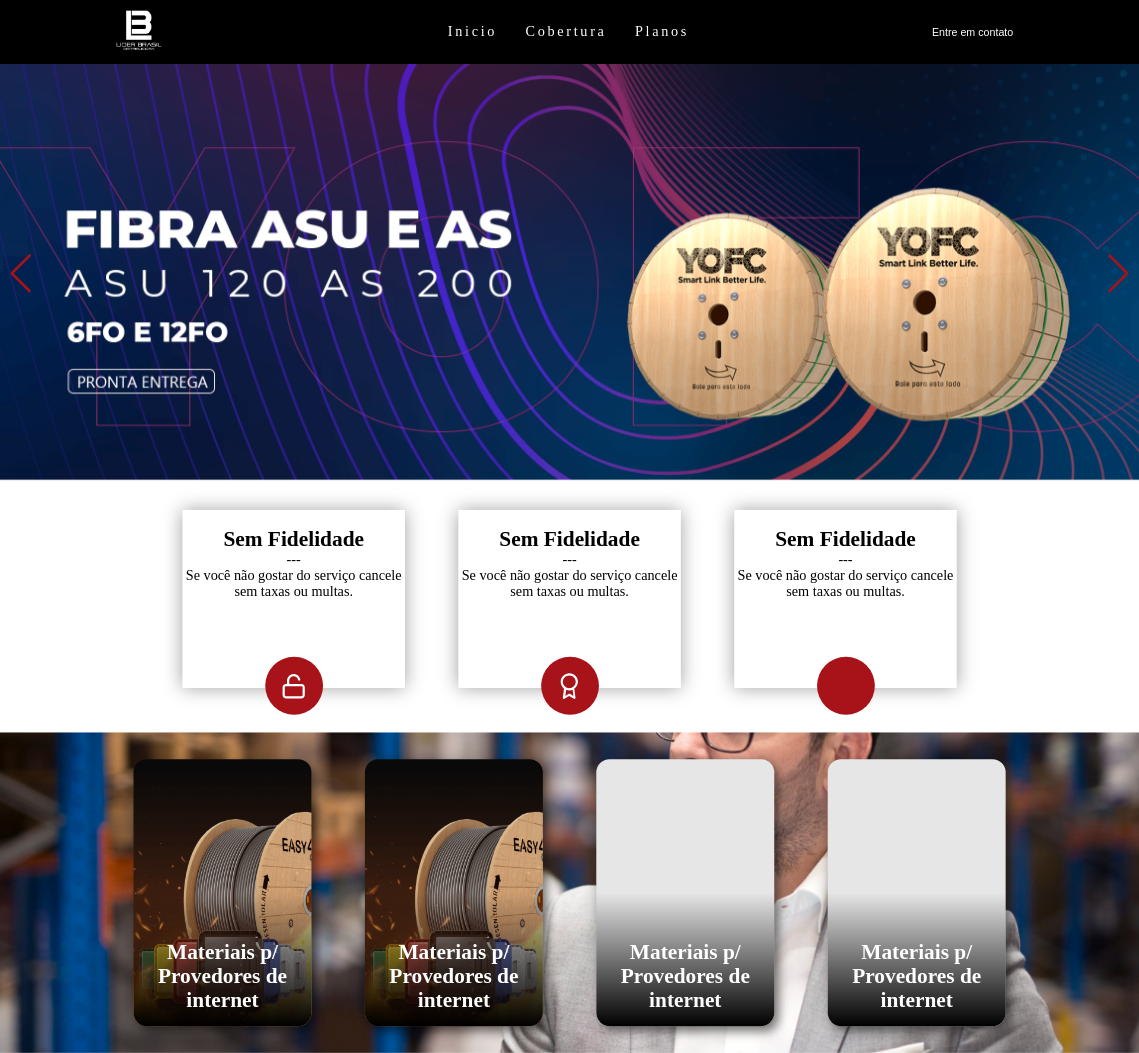
Repository: mateus-henrique-silva/Novo_institucional_lider
Page: index.html
The author's editor kept a copy of each file at every save. The page is drawn from the files as they stood at one save, then again after the next save.
The browser window is 1280 px wide. The pictures show the whole page, at 89% of full size.
Backgrounds fixed to the window are drawn as part of the page. Some web fonts or font styles are not loaded; a fallback is used.

Above is the page before, as saved 2022-09-06 10:34:47.
Console error: SyntaxError: Identifier 'MobileNavbar' has already been declared

### index.html
<!DOCTYPE html>
<html lang="en">
  <head>
    <meta charset="UTF-8" />
    <meta http-equiv="X-UA-Compatible" content="IE=edge" />
    <meta name="viewport" content="width=device-width, initial-scale=1.0" />
    <meta
      name="viewport"
      content="width=device-width, user-scalable=yes, initial-scale=1.0, maximum-scale=10, minimum-scale=1.0"
    />
    <link rel="stylesheet" href="./src/CSS/Global.css" />
    <link rel="stylesheet" href="./src/CSS/Header/style.css" />
    <link rel="stylesheet" href="./src/CSS/Main/style.css" />
    <link rel="stylesheet" href="./src/CSS/Main/Carousel/styles.css" />
    <link rel="stylesheet" href="./src/CSS/Main/Box/style.css" />
    <link rel="stylesheet" href="./src/CSS/Main/Products/style.css" />
    <link
      rel="stylesheet"
      href="https://unpkg.com/swiper@8/swiper-bundle.min.css"
    />

    <title>Líder Brasil</title>
  </head>
  <body>
    <header>
      <nav>
        <a class="logo"
          ><img src="./src/Assets/Logo/lb.png" width="50" alt=""
        /></a>
        <div class="mobile-menu">
          <div class="line1"></div>
          <div class="line2"></div>
          <div class="line3"></div>
        </div>
        <ul class="nav-list">
          <li><a href="#network index.html">Inicio</a></li>
          <li><a href="#map-container">Cobertura</a></li>
          <li><a href="#container">Planos</a></li>
        </ul>
        <ul>
          <li style="list-style: none; font-size: 10px">
            <a
              href="#"
              style="
                font-size: 12px;
                padding: 10px;
                font-family: arial;
                color: white;
              "
              onclick="openForm()"
              class="contact-header"
              >Entre em contato</a
            >
          </li>
        </ul>
      </nav>
    </header>
    <main>
      <section>
        <div class="swiper">
          <div class="swiper-wrapper">
            <div class="swiper-slide">
              <div class="project-img">
                <img
                  src="./src/Assets/img/carrossel/desktop/drop-desktop.png"
                  alt="Foto 01"
                />
              </div>
              <div class="project-img" id="mobile-img">
                <img
                  src="./src/Assets/img/carrossel/mobile/drop-mobile.png"
                  alt="Foto 03"
                />
              </div>
            </div>
            <div class="swiper-slide">
              <div class="project-img">
                <img
                  src="./src/Assets/img/carrossel/desktop/escada-desktop.png"
                  alt="Foto 01"
                />
              </div>
              <div class="project-img" id="mobile-img">
                <img
                  src="./src/Assets/img/carrossel/mobile/escada-mobile.png"
                  alt="Foto 03"
                />
              </div>
            </div>
            <div class="swiper-slide">
              <div class="project-img">
                <img src="./src/Assets/img/teste6.png" alt="Foto 01" />
              </div>
              <div class="project-img" id="mobile-img">
                <img src="./src/Assets/img/foto_03.png" alt="Foto 03" />
              </div>
            </div>
          </div>
          <div class="swiper-button-next"></div>
          <div class="swiper-button-prev"></div>
          <div class="swiper-pagination"></div>
        </div>
      </section>
      <section>
        <div class="section-box">
          <!-- card 1 -->

          <ul>
            <li class="box">
              <div class="box-inter">
                <h1>Sem Fidelidade</h1>
                <p>---</p>

                <p>
                  Se você não gostar do serviço cancele sem taxas ou multas.
                </p>
              </div>

              <div class="obj">
                <img
                  src="./src/Assets/img/icons/unlock.svg"
                  alt="arrowup"
                  srcset=""
                />
              </div>
            </li>
            <!-- card 2 -->
            <li class="box">
              <div class="box-inter">
                <h1>Sem Fidelidade</h1>
                <p>---</p>

                <p>
                  Se você não gostar do serviço cancele sem taxas ou multas.
                </p>
              </div>

              <div class="obj">
                <img
                  src="./src/Assets/img/icons/award.svg"
                  alt="arrowup"
                  srcset=""
                />
              </div>
            </li>
            <!-- card 3 -->
            <li class="box">
              <div class="box-inter">
                <h1>Sem Fidelidade</h1>
                <p>---</p>

                <p>
                  Se você não gostar do serviço cancele sem taxas ou multas.
                </p>
              </div>

              <div class="obj">
                <img
                  src="./src/Assets/img/icons/chevrons-up.svg"
                  alt="arrowup"
                  srcset=""
                />
              </div>
            </li>
          </ul>
        </div>
      </section>

      <section>
        <div class="background">
          <img
            class="img"
            src="./src/Assets/img/icons/aBlack.svg"
            alt=""
            srcset=""
          />

          <ul>
            <li>

              <div class="products" id="products-one">
                <div class="back-radient">
                <button>text</button>
                <div>
                  <h2>Materiais p/ Provedores de internet</h2>
                </div>

              </div>
            </div>
            </li>

            <li>

              <div class="products" id="products-two">
                <div class="back-radient">
                <button>text</button>
                <div>
                  <h2>Materiais p/ Provedores de internet</h2>
                </div>

              </div>
            </div>
            </li>

              <li>

              <div class="products" id="products-three">
                <div class="back-radient">
                <button>text</button>
                <div>
                  <h2>Materiais p/ Provedores de internet</h2>
                </div>

              </div>
            </div>
            </li>
              <li>

              <div class="products" id="products-four">
                <div class="back-radient">
                <button>text</button>
                <div>
                  <h2>Materiais p/ Provedores de internet</h2>
                </div>

              </div>
            </div>
            </li>
          </ul>
        </div>
      </section>
    </main>
    <footer></footer>
    <script src="https://unpkg.com/swiper@8/swiper-bundle.min.js"></script>
    <script src="./src/Scripts/Carousel/scripts.js"></script>
    <script src="./src/Scripts/Mobile/scripts.js"></script>
    <script src="./src/Scripts/Global.js"></script>
  </body>
</html>

### src/CSS/Global.css
@import url("https://fonts.googleapis.com/css2?family=Montserrat:ital,wght@0,100;0,200;0,300;0,400;0,500;0,600;0,700;0,800;0,900;1,100;1,200;1,300;1,400;1,500;1,600;1,700;1,800;1,900&family=Source+Serif+Pro:ital,wght@0,200;0,300;0,400;0,600;0,700;0,900;1,200;1,300;1,400;1,600;1,700;1,900&display=swap");

* {
  font-family: 'Source Serif Pro', serif;
  margin: 0;
  padding: 0;
  border: 0;

}


body{

}

### src/CSS/Header/style.css
header {
  width: 100%;
  background-color: black;
  margin-top: 0;
}
a {
  color: black;
  text-decoration: none;
  transition: 0.3s;
}

a:hover {
  opacity: 0.7;
}

.logo {
  align-items: center;
  width: 6%;

  text-transform: uppercase;
  letter-spacing: 4px;
}

.logo h1 {
  font-size: 12px;
}

nav {
  display: flex;
  z-index: 1;

  width: 100%;
  margin-top: 0;

  justify-content: space-around;
  align-items: center;
  background-color: black;
  height: 10vh;
}

.nav-list {
  text-align: center;
  justify-content: center;
  list-style: none;
  display: flex;
  z-index: 1;
}

.nav-list li {
  letter-spacing: 3px;
  margin-left: 32px;
}
.nav-list li a {
  color: white;
}
.nav-list li a:hover {
  color: #ff073b;
}

.mobile-menu {
  display: none;
  margin-left: 80px;
  cursor: pointer;
}

.mobile-menu div {
  transition: 0.3s;

  width: 32px;
  height: 2px;
  background: white;
  margin: 8px;
}

@media (max-width: 950px) {
  body {
    overflow-x: hidden;
  }

  .nav-list {
    position: absolute;
    top: 7vh;
    right: 0;
    width: 100vw;
    height: 100vh;
    background-color: white;
    flex-direction: column;
    color: white;
    /* align-items: center; */
    display: none;
    justify-content:flex-start;
    transition: 0.4s ease-in;
    /* justify-content: space-around; */
    transform: translateX(100%);
  }

  .nav-list li {
    margin-top:100px;
    margin-left: 0;
    opacity: 0;
  }

  .mobile-menu {
    display: block;
  }
  .contact-header {
    display: none;
  }

  .logo {
    margin-left:10px;
    width: 60%;
  }
}

.nav-list.active {
  transition: 0.3s;
  overflow-y: hidden;
  position: fixed;
  z-index: 10000;
  background-color: black;
  transform: translateX(0);
  display: flex;
}

.nav-list.active li {
  color: white!important;
  font-weight:bold;
}

.nav-list.active li {
  color: white;
}

@keyframes navLinkFade {
  from {
    opacity: 0;
    transform: translateX(50px);
  }

  to {
    opacity: 1;
    transform: translateX(0);
  }
}

.mobile-menu.active .line1 {
  transform: rotate(-45deg) translate(-8px, 8px);
}

.mobile-menu.active .line2 {
  opacity: 0;
}

.mobile-menu.active .line3 {
  transform: rotate(45deg) translate(-5px, -7px);
}

### src/CSS/Main/style.css
main{
    width: 100%;
    height: 100%;

    max-width: 100vw;
}


section{

    width: 100%;
    max-width: 100vw;
    height: 100%;
}


ul li {
    list-style: none;
}

### src/CSS/Main/Carousel/styles.css
.swiper {
    height: 100%!important;

  }

  .swiper-slide {
    text-align: center;
    display: flex;
    height: 100%!important;
    align-items: center;
    justify-content: center;
  }

  @media (max-width: 450px) {
    .swiper {
      height: 270px;
    }

    .project-img img{
      width: 100%;
      height: 100%!important;
    }
  }

  .project-img img{
    width: 100%;
    /* height: 80vh; */
  }



  .swiper-pagination-bullet{
    color: white !important;
    /* margin-top:-10px!important; */
    background-color:white !important;
  }

  /*
    largura => 3840
    Altura => 420

  */


  .swiper-button-next:after, .swiper-button-prev:after{
    color:#a71319 !important;
  }

  #mobile-img{
    display: none;
  }


  @media(max-width:999px){
    #mobile-img{
      display: block!important;
    }


    .project-img{
      display:none;
    }
  }


.menu{
  display:flex;
  flex-direction:column;
}

### src/CSS/Main/Box/style.css
.section-box {
  width: 100%;

  justify-content: center;
  align-items: center;
  display: flex;
}

.box {
  display: flex;
  flex-direction: column;
  /* justify-content: center; */

  justify-content: flex-end;
  align-items: center;
  height: 100%;
  margin: 30px;
  margin-bottom: 20px;
  /* width: 100%; */
  /* background-color: red; */
}

@media (max-width: 770px) {
  .section-box {
    width: 100%;
    justify-content: space-around;
    flex-direction: column;
    display: flex;
  }

  .box-inter {
    background-color: white;
    height: 100px;
    width: 200px;
    /* width: 100%; */
  }
}

@media (max-width: 480px) {
  .box-inter {
    height: 170px !important;
    width: 170px !important;
    /* width: 100%; */
  }

  .obj {
    height: 45px !important;

    margin-top: -35px;
    width: 45px !important;
  }

  .obj img {
    width: 20px !important;
  }
}

.box-inter {
  background-color: white;
  height: 200px;
  width: 250px;
  -webkit-box-shadow: 0px 0px 20px 0px rgba(0, 0, 0, 0.37);
  box-shadow: 0px 0px 20px 0px rgba(0, 0, 0, 0.37);
  display: flex;

  flex-direction: column;
  align-items: center;
  text-align: center;

  /* width: 100%; */
}

.box-inter h1 {
  margin-top: 20px;
  font-size: clamp(1em, 1em + 1vw, 1.5em);
}

.box p {
  font-size: clamp(1em, 1em + 0.5vw, 0.5em);
}
.obj {
  background-color: #a71319;
  height: 65px;

  border-radius: 50%;
  display: flex;
  align-items: center;
  justify-content: center;
  margin-top: -35px;
  width: 65px;
}

.obj img {
  width: 30px;
}

.section-box ul {
  display: flex;
  overflow-x: auto;
  width: 100%;
  justify-content: center;
  scroll-behavior: smooth;
}

.section-box .img-arrow {
  display: none;
}

@media (max-width: 600px) {
  .section-box .img-arrow {
    display: flex;
    justify-content: flex-end;

    animation: mymove 0.8s infinite;
  }
  .section-box ul {
    display: flex;
    overflow-x: auto;
    width: 100%;
    justify-content: flex-start;
    scroll-behavior: smooth;
  }
  @keyframes mymove {
    from {
      left: 280px;
    }
    to {
      left: 300px;
    }
  }
}

### src/CSS/Main/Products/style.css
.background {
  width: 100%;
  background: url("../../../Assets/img/Background/medio.jpg") no-repeat center
    fixed;
  height: 100%;
  display: flex;
  justify-content: space-around;
  justify-content: center;
  align-items: center;
}
.background ul {
  display: flex;
  overflow-x: auto;
  overflow-y: hidden;
  scroll-behavior: smooth;
  /* width: 100px; */
}
.background img {
  display: none;
}

.background ul li .products .img {
  display: flex;
}

.products {
  margin: 30px;

    border-radius:15px;



  height: 300px;
  width: 200px;
  -webkit-box-shadow: 0px 0px 20px 0px rgba(0, 0, 0, 0.2) !important;
  box-shadow: 0px 0px 20px 0px rgba(0, 0, 0, 0.2) !important;
  background-color: white;
  display: flex;
  text-align: center;
  flex-direction: column;
  align-items: center;
  box-sizing: border-box;
  transition: 0.5s;
}

.products div h2 {
  margin-bottom: 15px;
   color:white;
  transition:2s;
}
.products:hover .back-radient {
  align-items: center;
  justify-content: center;
  transition:2s;
}
.products:hover div h2 {

  display: none;
}
@media (max-width: 600px) {
  .background .img {
    position: absolute;
    margin-top: 170px;
    display: flex;
    justify-content: flex-end;
    animation: mymove 0.8s infinite;
  }

  @keyframes mymove {
    from {
      left: 280px;
    }
    to {
      left: 300px;
    }
  }
}

.products button {
  background-color: black;
  display: none;
  color: white;
  cursor: pointer;
  transition: 0.7s;
  padding: 8px 25px 8px;
}

button:hover {
  text-decoration: underline;
}

.products:hover button {
  background-color: black;
  display: flex;

  color: white;
  cursor: pointer;
  padding: 8px 25px 8px;
}
.back-radient{
  width: 100%;
height: 100%;

transition: 0.7s;
display: flex;
align-items: flex-end;
background: linear-gradient(180deg, rgba(0, 0, 0, 0.0962963) 50%, #000000 100%);
box-shadow: 5px 6px 11px rgba(0, 0, 0, 0.45);
border-radius: 15px;
}

#products-one{
  background: url("../../../Assets/img/Background/products/db.png")
  no-repeat center!important;
  background-size: 100%!important;
}

#products-two{
  background: url("../../../Assets/img/Background/products/db.png")
  no-repeat center!important;
  background-size: 100%!important;
}


#products-one{
  background: url("../../../Assets/img/Background/products/db.png")
  no-repeat center!important;
  background-size: 100%!important;
}

#products-one{
  background: url("../../../Assets/img/Background/products/db.png")
  no-repeat center!important;
  background-size: 100%!important;
}

### src/Scripts/Mobile/scripts.js
class MobileNavbar{


    constructor(mobileMenu, navList, navLinks){
        this.mobileMenu = document.querySelector(mobileMenu);
        this.navList = document.querySelector(navList);
        this.navLinks = document.querySelectorAll(navLinks);
        this.activeClass = "active";
        this.hadleClick =  this.hadleClick.bind(this);


    }

    animateLinks(){
        this.navLinks.forEach((link, index)=>{

            var calc = index/7+0.3;


            link.style.animation
            ?(link.style.animation="")
            :(link.style.animation= `navLinkFade 0.5s ease forwards ${calc}s`);


        });


    }


    hadleClick(){


        this.navList.classList.toggle(this.activeClass);
        this.mobileMenu.classList.toggle(this.activeClass);
        this.animateLinks();
    }

    addClickEvent(){
        this.mobileMenu.addEventListener("click", this.hadleClick);


    }

    init(){

        if(this.mobileMenu){

            this.addClickEvent();
        }
        return this;
    }
    }



    const mobileNavbar = new MobileNavbar(

        ".mobile-menu",

        ".nav-list",

        ".nav-list li",


        );


    mobileNavbar.init();

### src/Scripts/Global.js
document.onmousedown=disableclick;
function disableclick(event)
{
  if(event.button==2)
   {
     return false;
   }
}

### src/Assets/img/icons/award.svg
<?xml version="1.0" encoding="utf-8"?>
<!-- Generator: Adobe Illustrator 24.0.1, SVG Export Plug-In . SVG Version: 6.00 Build 0)  -->
<svg version="1.1" id="Camada_1" xmlns="http://www.w3.org/2000/svg" xmlns:xlink="http://www.w3.org/1999/xlink" x="0px" y="0px"
	 viewBox="0 0 24 24" style="enable-background:new 0 0 24 24;" xml:space="preserve">
<style type="text/css">
	.st0{fill:#FFFFFF;}
</style>
<path class="st0" d="M19.5,8.1c0-4.3-3.5-7.7-7.7-7.7S4,3.9,4,8.1c0,2.5,1.2,4.7,3,6.1l-1.1,8.3c0,0.4,0.1,0.7,0.4,0.9
	c0.3,0.2,0.7,0.2,1,0l4.3-2.6l4.3,2.6c0.2,0.1,0.3,0.1,0.5,0.1c0.2,0,0.4-0.1,0.5-0.2c0.3-0.2,0.5-0.6,0.4-0.9l-1.1-8.3
	C18.3,12.8,19.5,10.6,19.5,8.1z M5.9,8.1c0-3.2,2.6-5.8,5.8-5.8s5.8,2.6,5.8,5.8s-2.6,5.8-5.8,5.8S5.9,11.3,5.9,8.1z M15.4,20.8
	l-3.1-1.9c-0.3-0.2-0.7-0.2-1,0l-3.1,1.9l0.7-5.5c0.9,0.4,1.9,0.6,2.9,0.6c1,0,2-0.2,2.9-0.6L15.4,20.8z"/>
</svg>

### src/Assets/img/icons/chevrons-up.svg
<svg xmlns="http://www.w3.org/2000/svg" width="24" height="24" viewBox="0 0 24 24" fill="none" stroke="" stroke-width="2" stroke-linecap="round" stroke-linejoin="round" class="feather feather-chevrons-up"><polyline points="17 11 12 6 7 11"></polyline><polyline points="17 18 12 13 7 18" color="white"></polyline></svg>

After the next save:
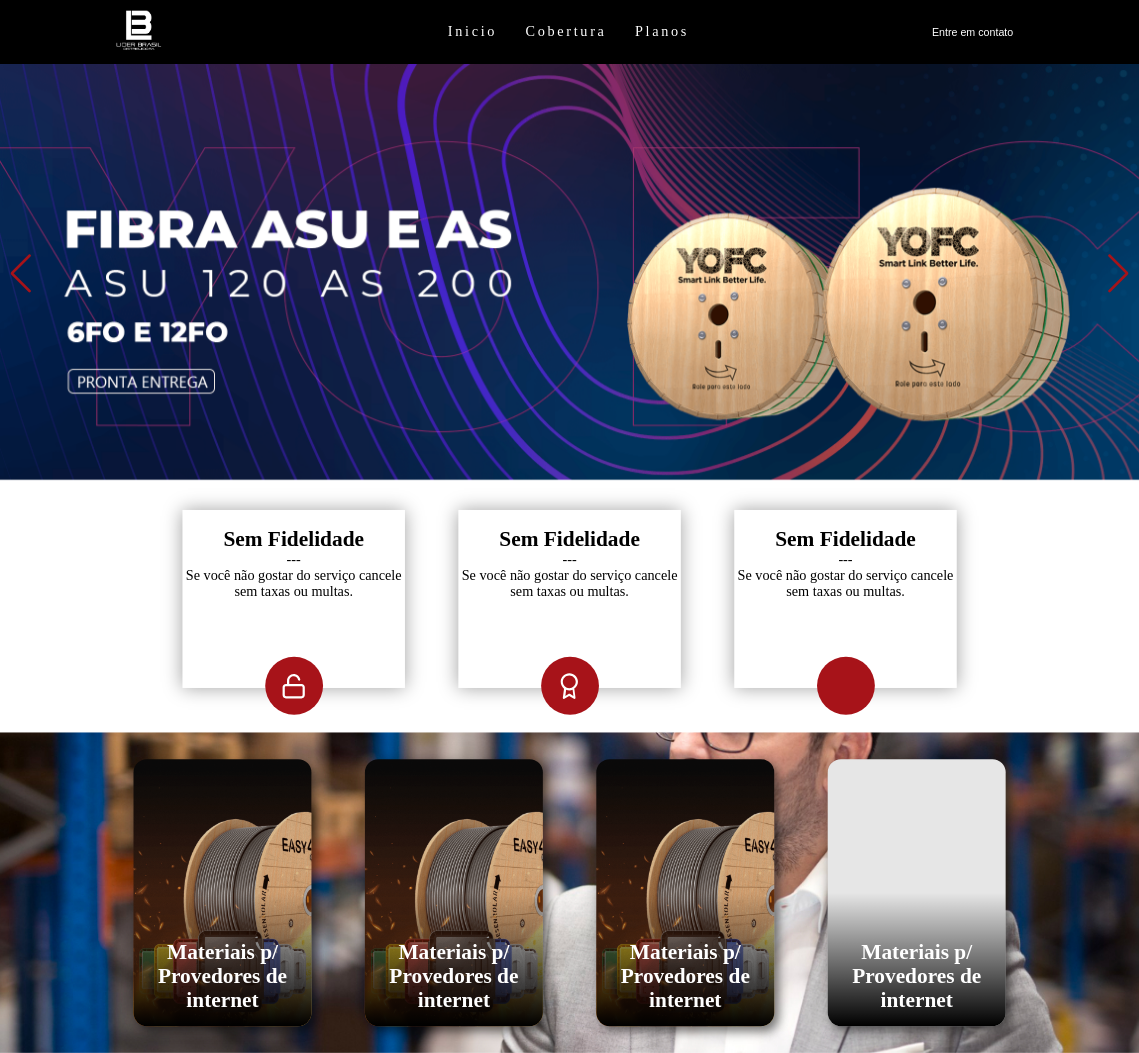
Saved 5 s later.
--- a/src/CSS/Main/Products/style.css
+++ b/src/CSS/Main/Products/style.css
@@ -122,7 +122,7 @@
 }
 
 
-#products-one{
+#products-three{
   background: url("../../../Assets/img/Background/products/db.png")
   no-repeat center!important;
   background-size: 100%!important;
